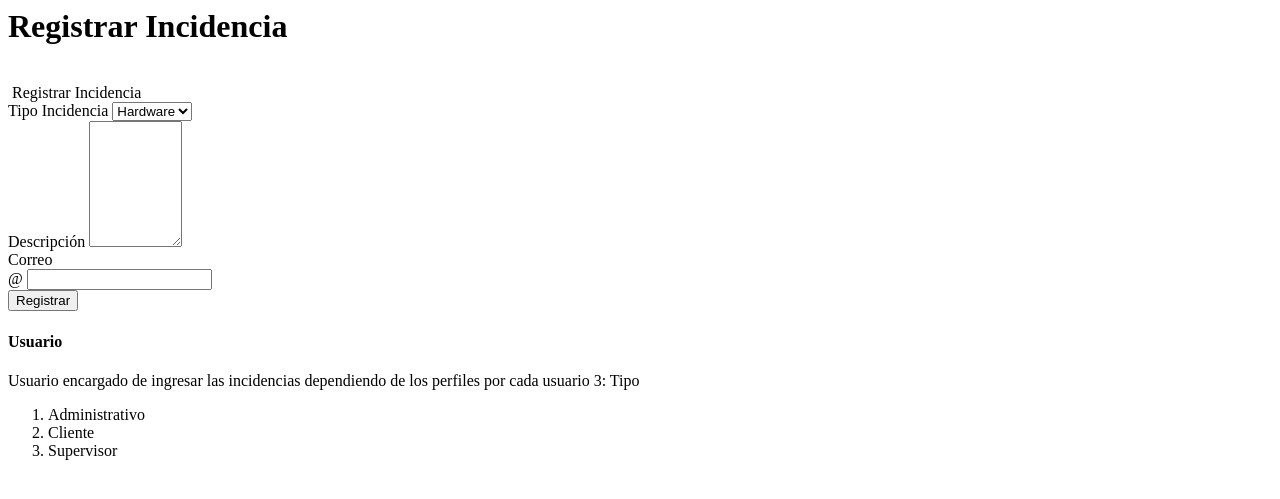
Repository: androla10/ProyectoCibert5to
Page: http://localhost/GDI/Incidencia/RegistrarIncidencia.jsp
These files come from the project's save history. The page is drawn as it stood at one moment and after the next save; the edit follows.
The browser window is 1280 px wide. The pictures show the whole page.
The page is served by Tomcat 9. Nobody is signed in. The application's start-up code is not run. Other server files are loaded and not shown.

Above is the page before, as saved 2016-05-10 21:54:18.

### GDI/src/main/webapp/Incidencia/RegistrarIncidencia.jsp
<div class="container-fluid">
	<h1 class="text-center">Registrar Incidencia</h1>
	<br>
	<div class="panel-primary">
		<div class="panel-heading">
			<i class="fa fa-user fa-1x"></i>&nbsp;Registrar Incidencia
		</div>
		<div class="panel-body">
			<form action="" id="formRegistroIncidencia">
				<div class="row">
					<div class="col-xs-12 col-sm-12 col-md-6 col-lg-6">
						<div class="form-group">
							<label for="tipoIncidencia">Tipo Incidencia</label>
							<select class="form-control" name="incidencia.TipoIncidencia" id="tipoIncidencia">
								<option value="1">Hardware</option>
								<option value="2">Software</option>
							</select>
						</div>
						<div class="form-group">
							<label for="descripcion">Descripción</label>
							<textarea type="text" class="form-control" name="usuario.apellido" id="descripcion" rows="8" cols="9"></textarea>
						</div>
						<div class="form-group">
							<label for="Correo" class="control-label">Correo</label>
							<div class="input-group">
								<span class="input-group-addon">@</span> <input type="email"
									class="form-control" name="usuario.correo" id="Correo" />
							</div>
						</div>
						<button type="submit" class="btn btn-primary">Registrar</button>
					</div>
					<div class="col-xs-12 col-sm-12 col-sm-6 col-lg-6">
						<h4>Usuario</h4>
						<p>Usuario encargado de ingresar las incidencias dependiendo
							de los perfiles por cada usuario 3: Tipo
						<ol>
							<li>Administrativo</li>
							<li>Cliente</li>
							<li>Supervisor</li>
						</ol>
						</p>
					</div>
				</div>
			</form>
		</div>
	</div>
</div>

After the next save:
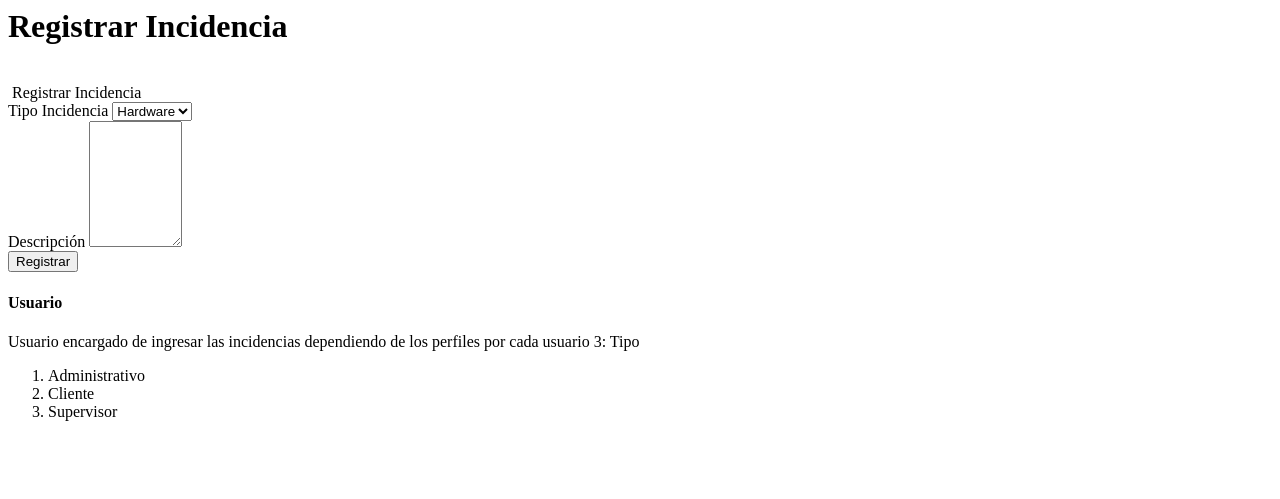
Saved 19 s later.
--- a/GDI/src/main/webapp/Incidencia/RegistrarIncidencia.jsp
+++ b/GDI/src/main/webapp/Incidencia/RegistrarIncidencia.jsp
@@ -20,13 +20,6 @@
 							<label for="descripcion">Descripción</label>
 							<textarea type="text" class="form-control" name="usuario.apellido" id="descripcion" rows="8" cols="9"></textarea>
 						</div>
-						<div class="form-group">
-							<label for="Correo" class="control-label">Correo</label>
-							<div class="input-group">
-								<span class="input-group-addon">@</span> <input type="email"
-									class="form-control" name="usuario.correo" id="Correo" />
-							</div>
-						</div>
 						<button type="submit" class="btn btn-primary">Registrar</button>
 					</div>
 					<div class="col-xs-12 col-sm-12 col-sm-6 col-lg-6">
